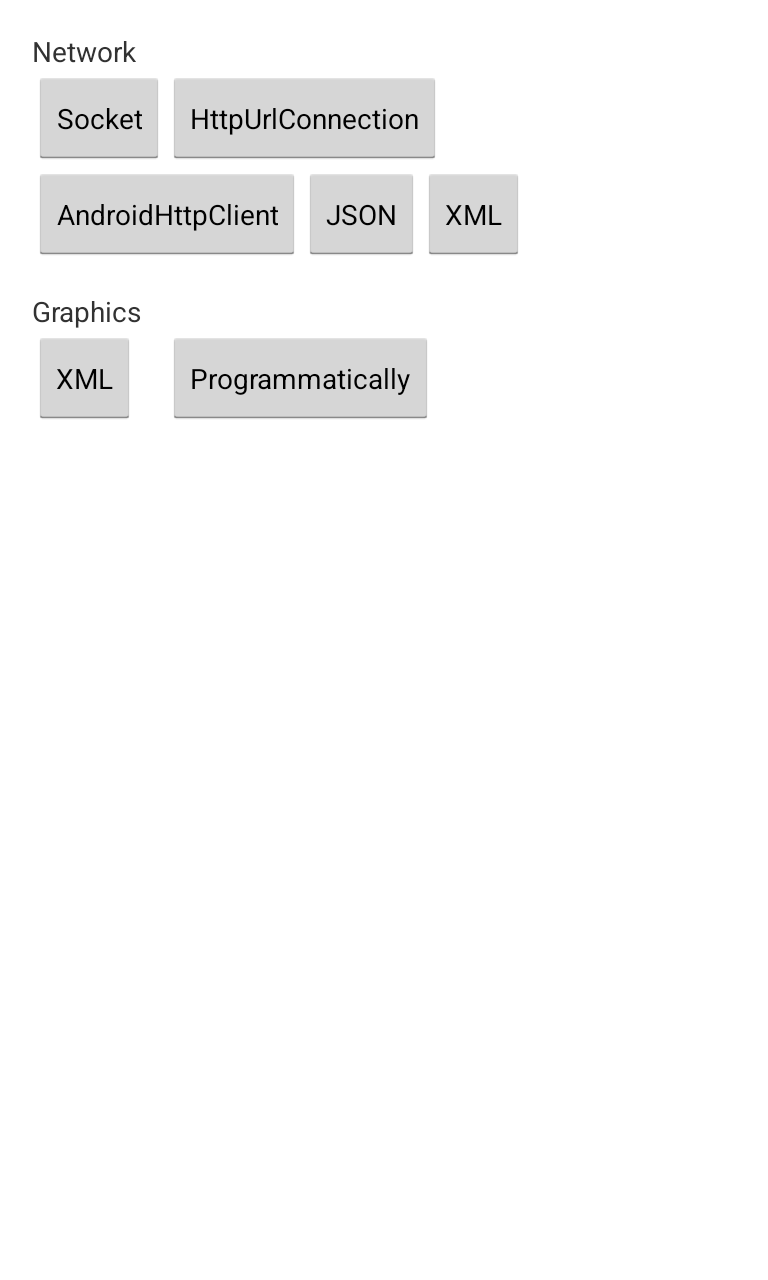
Repository: Amir13/Android_Basic_Steps
Layout: ViewElements4/res/layout/activity_main.xml
An editor plug-in stored every save of this project. The layout is shown before and after the next save, followed by the edit.
It is drawn on a 768 x 1280 px phone screen (xhdpi) without system bars, with theme AppTheme; the app's code is not run.

Above is the layout before, as saved 2014-06-08 14:00:11.

### ViewElements4/res/layout/activity_main.xml
<RelativeLayout xmlns:android="http://schemas.android.com/apk/res/android"
    xmlns:tools="http://schemas.android.com/tools"
    android:layout_width="match_parent"
    android:layout_height="match_parent"
    android:paddingBottom="@dimen/activity_vertical_margin"
    android:paddingLeft="@dimen/activity_horizontal_margin"
    android:paddingRight="@dimen/activity_horizontal_margin"
    android:paddingTop="@dimen/activity_vertical_margin"
    tools:context=".MainActivity" >

    <TextView
        android:id="@+id/textView1"
        android:layout_width="wrap_content"
        android:layout_height="wrap_content"
        android:text="@string/network" />

    <Button
        android:id="@+id/btnSocket"
        style="?android:attr/buttonStyleSmall"
        android:layout_width="wrap_content"
        android:layout_height="wrap_content"
        android:layout_alignParentLeft="true"
        android:layout_below="@+id/textView1"
        android:text="Socket" />

    <Button
        android:id="@+id/btnHttp"
        style="?android:attr/buttonStyleSmall"
        android:layout_width="wrap_content"
        android:layout_height="wrap_content"
        android:layout_alignBaseline="@+id/btnSocket"
        android:layout_alignBottom="@+id/btnSocket"
        android:layout_toRightOf="@+id/btnSocket"
        android:text="HttpUrlConnection" />

    <Button
        android:id="@+id/btnAndroid"
        style="?android:attr/buttonStyleSmall"
        android:layout_width="wrap_content"
        android:layout_height="wrap_content"
        android:layout_alignLeft="@+id/btnSocket"
        android:layout_below="@+id/btnSocket"
        android:text="AndroidHttpClient" />

    <Button
        android:id="@+id/btnJson"
        style="?android:attr/buttonStyleSmall"
        android:layout_width="wrap_content"
        android:layout_height="wrap_content"
        android:layout_alignTop="@+id/btnAndroid"
        android:layout_toRightOf="@+id/btnAndroid"
        android:text="JSON" />

    <Button
        android:id="@+id/btnXml"
        style="?android:attr/buttonStyleSmall"
        android:layout_width="wrap_content"
        android:layout_height="wrap_content"
        android:layout_alignBaseline="@+id/btnJson"
        android:layout_alignBottom="@+id/btnJson"
        android:layout_toRightOf="@+id/btnJson"
        android:text="XML" />

    <TextView
        android:id="@+id/textView2"
        android:layout_width="wrap_content"
        android:layout_height="wrap_content"
        android:layout_alignLeft="@+id/btnAndroid"
        android:layout_below="@+id/btnAndroid"
        android:layout_marginTop="15dp"
        android:text="Graphics" />

    <Button
        android:id="@+id/button1"
        style="?android:attr/buttonStyleSmall"
        android:layout_width="wrap_content"
        android:layout_height="wrap_content"
        android:layout_alignLeft="@+id/textView2"
        android:layout_below="@+id/textView2"
        android:text="XML" />

    <Button
        android:id="@+id/button2"
        style="?android:attr/buttonStyleSmall"
        android:layout_width="wrap_content"
        android:layout_height="wrap_content"
        android:layout_alignLeft="@+id/btnHttp"
        android:layout_alignTop="@+id/button1"
        android:text="Programmatically" />

</RelativeLayout>

### ViewElements4/res/values/strings.xml
<?xml version="1.0" encoding="utf-8"?>
<resources>

    <string name="app_name">ViewElements4</string>
    <string name="action_settings">Settings</string>
    <string name="network">Network</string>
    <string name="title_activity_http_result">HttpResult</string>
    <string name="title_activity_http_url_connection">NetworkHttpUrlConnection</string>
    <string name="title_activity_android_http">NetworkAndroidHttpClient</string>
    <string name="title_activity_android_json">NetworkAndroidJson</string>
    <string name="title_activity_android_xml">NetworkAndroidXml</string>
    <string name="http_result">This is the result from http request.</string>
    <string name="textViewRequest">Doing the request.....</string>

</resources>

Loaded but not shown: ViewElements4/res/values/styles.xml (common file); ViewElements4/res/values-v11/styles.xml (common file); ViewElements4/res/values-v14/styles.xml (common file); ViewElements4/res/values/dimens.xml (common file)

After the next save:
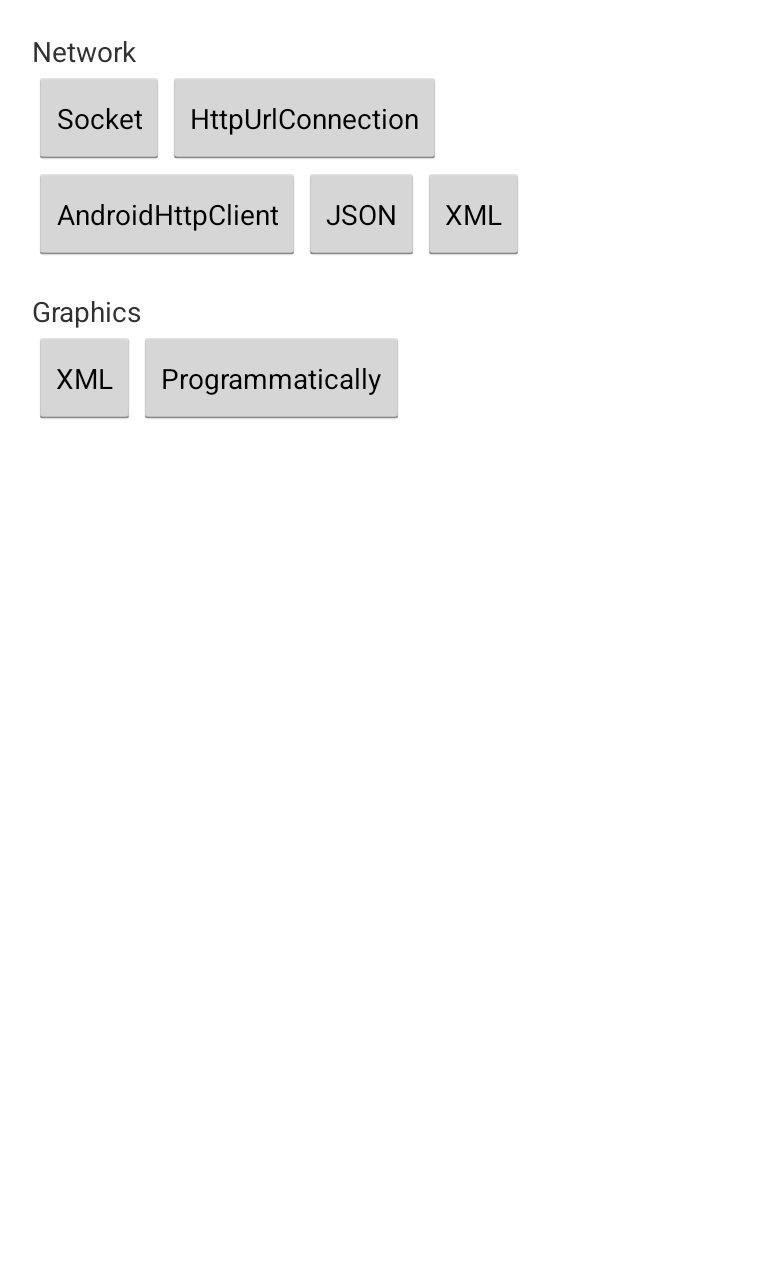
Saved 35 s later.
--- a/ViewElements4/res/layout/activity_main.xml
+++ b/ViewElements4/res/layout/activity_main.xml
@@ -84,8 +84,9 @@
         style="?android:attr/buttonStyleSmall"
         android:layout_width="wrap_content"
         android:layout_height="wrap_content"
-        android:layout_alignLeft="@+id/btnHttp"
-        android:layout_alignTop="@+id/button1"
+        android:layout_alignBaseline="@+id/button1"
+        android:layout_alignBottom="@+id/button1"
+        android:layout_toRightOf="@+id/button1"
         android:text="Programmatically" />
 
 </RelativeLayout>
